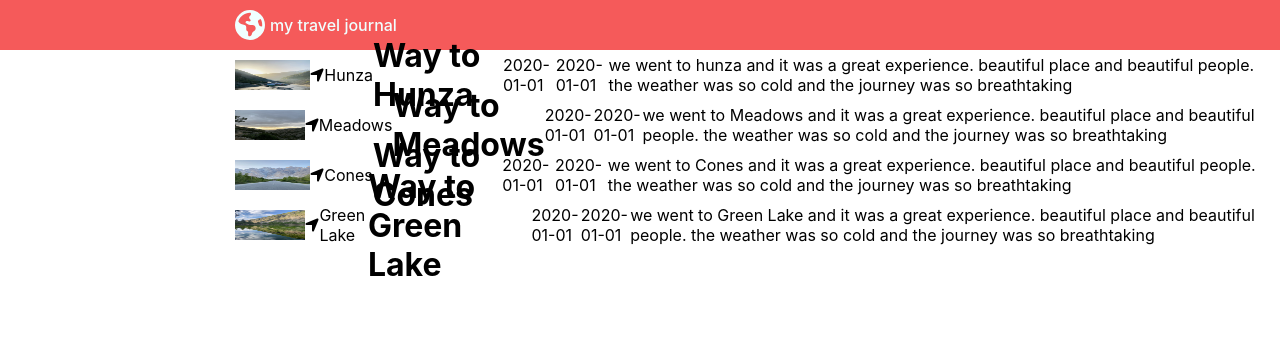
Repository: mortiestmorty1/travel-journal
Page: /
An editor plug-in stored every save of this project. The page is shown before and after the next save, followed by the edit.
The browser window is 1280 px wide. The pictures show the whole page.
The project was rebuilt for these pictures with package versions that can differ from the ones it lists, and the page was loaded fresh each time.

Above is the page before, as saved 2024-01-17 14:44:29.

### src/App.js
import logo from './logo.svg';
import './App.css';
import Navbar from "./components/navbar";
import Data from "./components/data.js";
import Content from "./components/content.js";

function App() {
  const  Memories = Data.map((item) => {
    return<Content
          key={item.id}
          item={item}
    />
  })
  return (
    <div className="App">
      <Navbar />
      {Memories}
    </div>
  );
}

export default App;

### src/App.css
.Nav-container{
    display: flex;
    justify-content: space-between;
    align-items: center;
    background-color: #F55A5A;
    height: 50px;
}
.navbar{
    display: flex;
    justify-content: space-between;
    align-items: center;
    background-color: #F55A5A;
    margin-left: 230px;
}
.title{
  color: azure;
  font-weight: 500;
  margin-left: 5px;
}
.earth{
  width: 30px;
  height: 30px;
  margin-left: 5px;
  color: azure;
}
.content-container{
  display: flex;
  justify-content: space-between;
  align-items: center;

  height: 50px;
  margin-left: 230px;
}
.image{
  width: 125px;
  height: 30px;
  margin-left: 5px;
  color: azure;
}

### src/components/navbar.js
import React from "react";
import { FontAwesomeIcon } from "@fortawesome/react-fontawesome";
import { faEarth } from "@fortawesome/free-solid-svg-icons";
import "../App.css";

function Navbar(){
    return(
        <div className="Nav-container">
            <nav className="navbar">
                <FontAwesomeIcon icon={faEarth} className="earth"></FontAwesomeIcon>
                <span className="title">
                        my travel journal
                </span>
            </nav>
        </div>
    )
}
export default Navbar;

### src/components/data.js
import Hunza from "./way-to-hunza.jpeg";
import Meadows from "./way-to-meadows.jpeg";
import Cones from "./cones.jpeg";
import Glake from "./green-lake.jpeg";

export default [
    {
        id:1,
        img: Hunza,
        location: "Hunza",
        googlelink: "https://www.google.com/maps/place/Hunza+Valley,+Gilgit-Baltistan,+Pakistan/",
        Title: "Way to Hunza",
        datestart:"2020-01-01",
        dateend: "2020-01-01",
        description:"we went to hunza and it was a great experience. beautiful place and beautiful people. the weather was so cold and the journey was so breathtaking"
    }
    ,
    {
        id:2,
        img: Meadows,
        location: "Meadows",
        googlelink: "https://www.google.com/maps/place/Meadows,+Gilgit-Baltistan,+Pakistan/",
        Title: "Way to Meadows",
        datestart:"2020-01-01",
        dateend: "2020-01-01",
        description:"we went to Meadows and it was a great experience. beautiful place and beautiful people. the weather was so cold and the journey was so breathtaking"
    }
    ,
    {
        id:3,
        img: Cones,
        location: "Cones",
        googlelink: "https://www.google.com/maps/place/Cones,+Gilgit-Baltistan,+Pakistan/",
        Title: "Way to Cones",
        datestart:"2020-01-01",
        dateend: "2020-01-01",
        description:"we went to Cones and it was a great experience. beautiful place and beautiful people. the weather was so cold and the journey was so breathtaking"
    }
    ,
    {
        id:4,
        img: Glake,
        location: "Green Lake",
        googlelink: "https://www.google.com/maps/place/Green+Lake,+Gilgit-Baltistan,+Pakistan/",
        Title: "Way to Green Lake",
        datestart:"2020-01-01",
        dateend: "2020-01-01",
        description:"we went to Green Lake and it was a great experience. beautiful place and beautiful people. the weather was so cold and the journey was so breathtaking"
    }
]

### src/components/content.js
import React from "react";
import { FontAwesomeIcon } from "@fortawesome/react-fontawesome";
import { faLocationArrow } from "@fortawesome/free-solid-svg-icons";
import "../App.css";
function Content(props){

    return(
        <div className="content-container">
            <img className="image" src={props.item.img}>
            </img>
            <FontAwesomeIcon icon={faLocationArrow} className="location"></FontAwesomeIcon>
            <span className="location">
                {props.item.location}
            </span>
            <a href={props.googlelink}></a>
            <h1 className="Title">{props.item.Title}</h1>
            <span className="date-start">{props.item.datestart}</span>
            <span className="date-end">{props.item.dateend}</span>
            <p className="description">{props.item.description}</p>
        </div>
    )
}

export default Content;

Loaded but not shown: public/index.html (common file); src/index.js (common file); src/index.css (common file); src/reportWebVitals.js (common file)

After the next save:
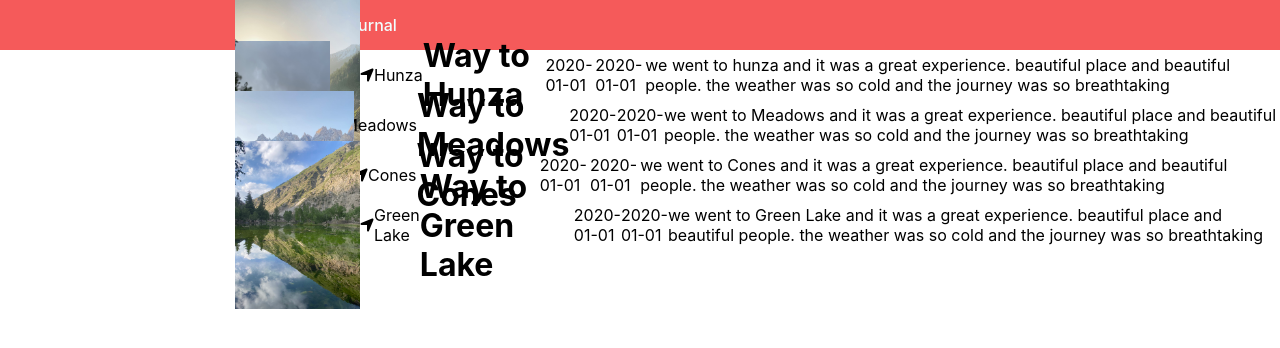
Saved 8 s later.
--- a/src/App.css
+++ b/src/App.css
@@ -33,7 +33,7 @@
 }
 .image{
   width: 125px;
-  height: 30px;
+  height: 168px;
   margin-left: 5px;
   color: azure;
 }
